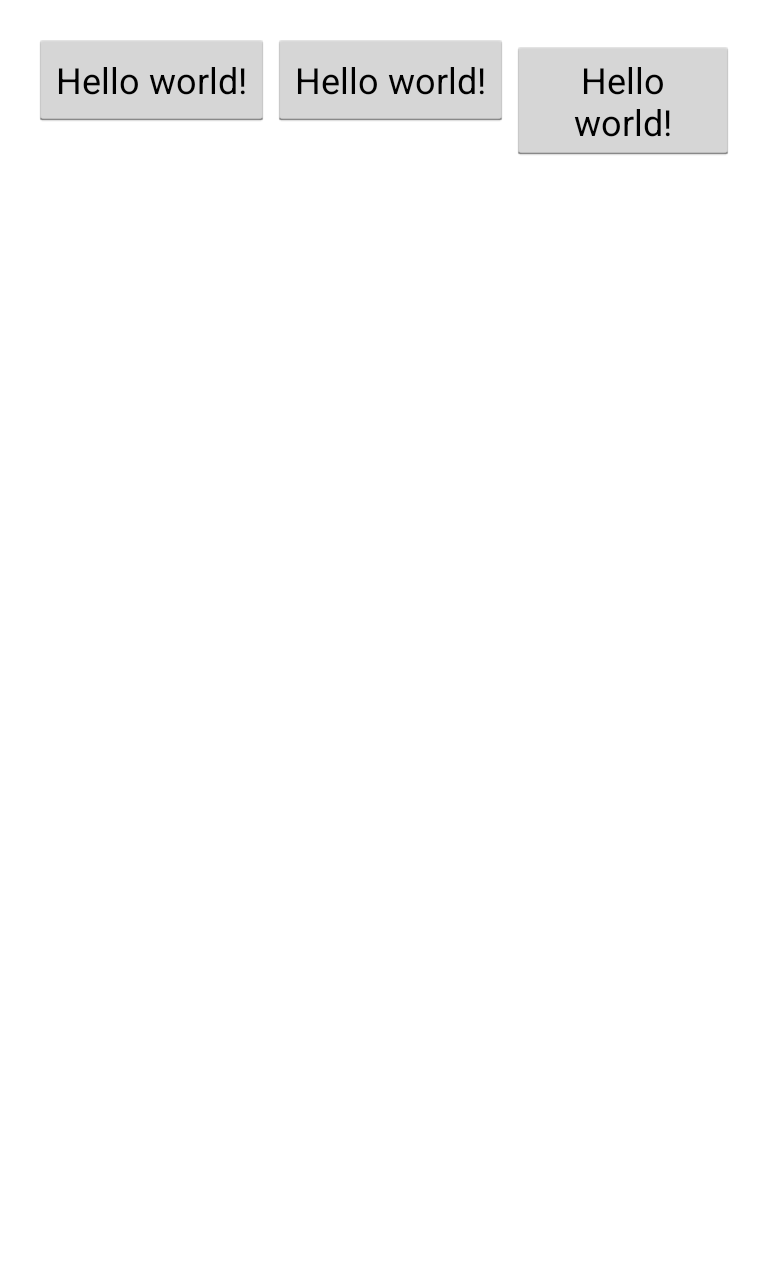
Repository: nickof/study
Layout: Android/itheima/day12服务/代码/Day12_05_音乐播放器框架/res/layout/activity_main.xml
An editor plug-in stored every save of this project. The layout is shown before and after the next save, followed by the edit.
It is drawn on a 768 x 1280 px phone screen (xhdpi) without system bars, with theme AppTheme; the app's code is not run.

Above is the layout before, as saved 2016-09-20 07:07:30.

After the next save:
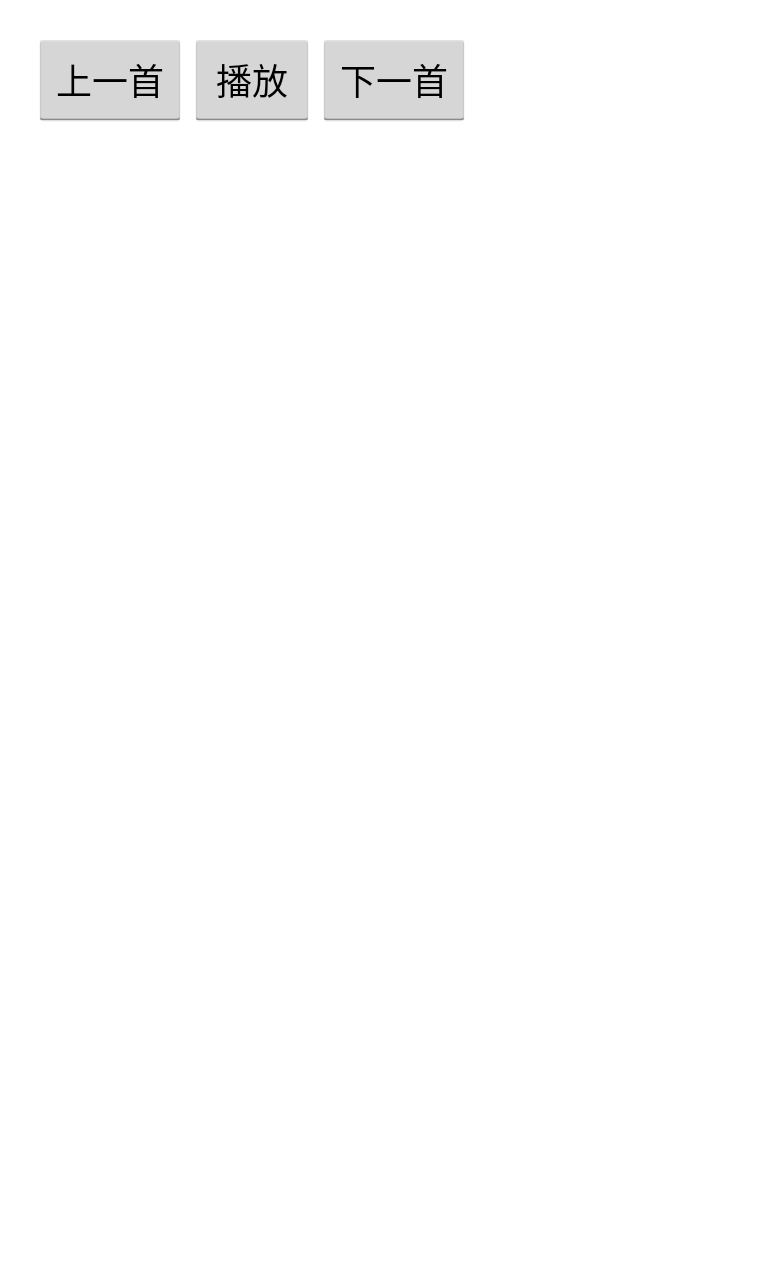
Saved 27 s later.
--- a/Android/itheima/day12服务/代码/Day12_05_音乐播放器框架/res/layout/activity_main.xml
+++ b/Android/itheima/day12服务/代码/Day12_05_音乐播放器框架/res/layout/activity_main.xml
@@ -11,17 +11,17 @@
     <Button
         android:layout_width="wrap_content"
         android:layout_height="wrap_content"
-        android:onClick="上一首"
-        android:text="@string/hello_world" />
+        android:onClick="pre"
+        android:text="上一首" />
      <Button
         android:layout_width="wrap_content"
         android:layout_height="wrap_content"
-        android:onClick="播放"
-        android:text="@string/hello_world" />
+        android:onClick="play"
+        android:text="播放" />
      <Button
         android:layout_width="wrap_content"
         android:layout_height="wrap_content"
-        android:onClick="下一首"
-        android:text="@string/hello_world" />
+        android:onClick="next"
+        android:text="下一首" />
 
 </LinearLayout>
